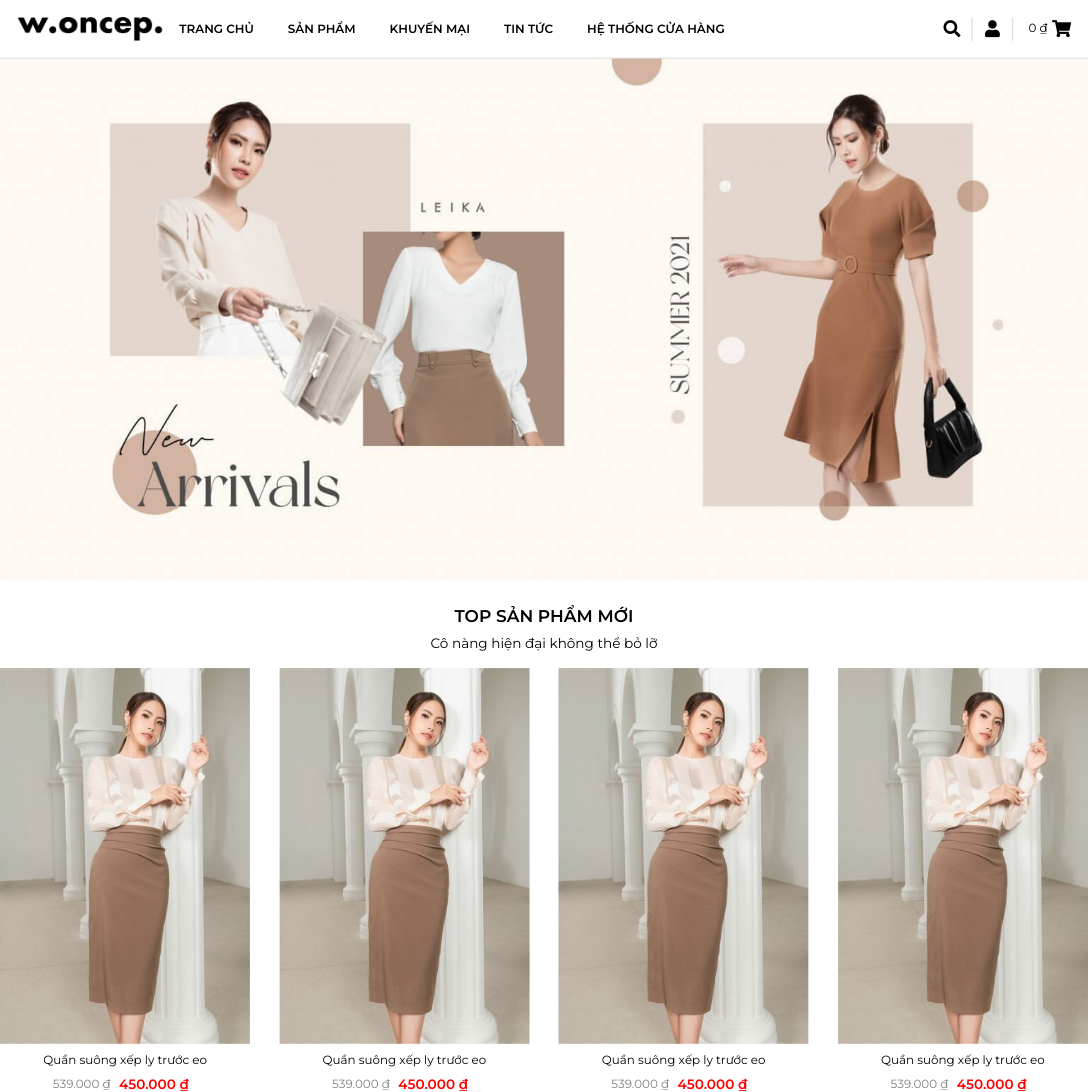
Repository: Nguyenductuan-dev/bt_j2team
Page: index.html
An editor plug-in stored every save of this project. The page is shown before and after the next save, followed by the edit.
The browser window is 1280 px wide. The pictures show the whole page, at 85% of full size.

Above is the page before, as saved 2021-12-12 02:21:02.

After the next save:
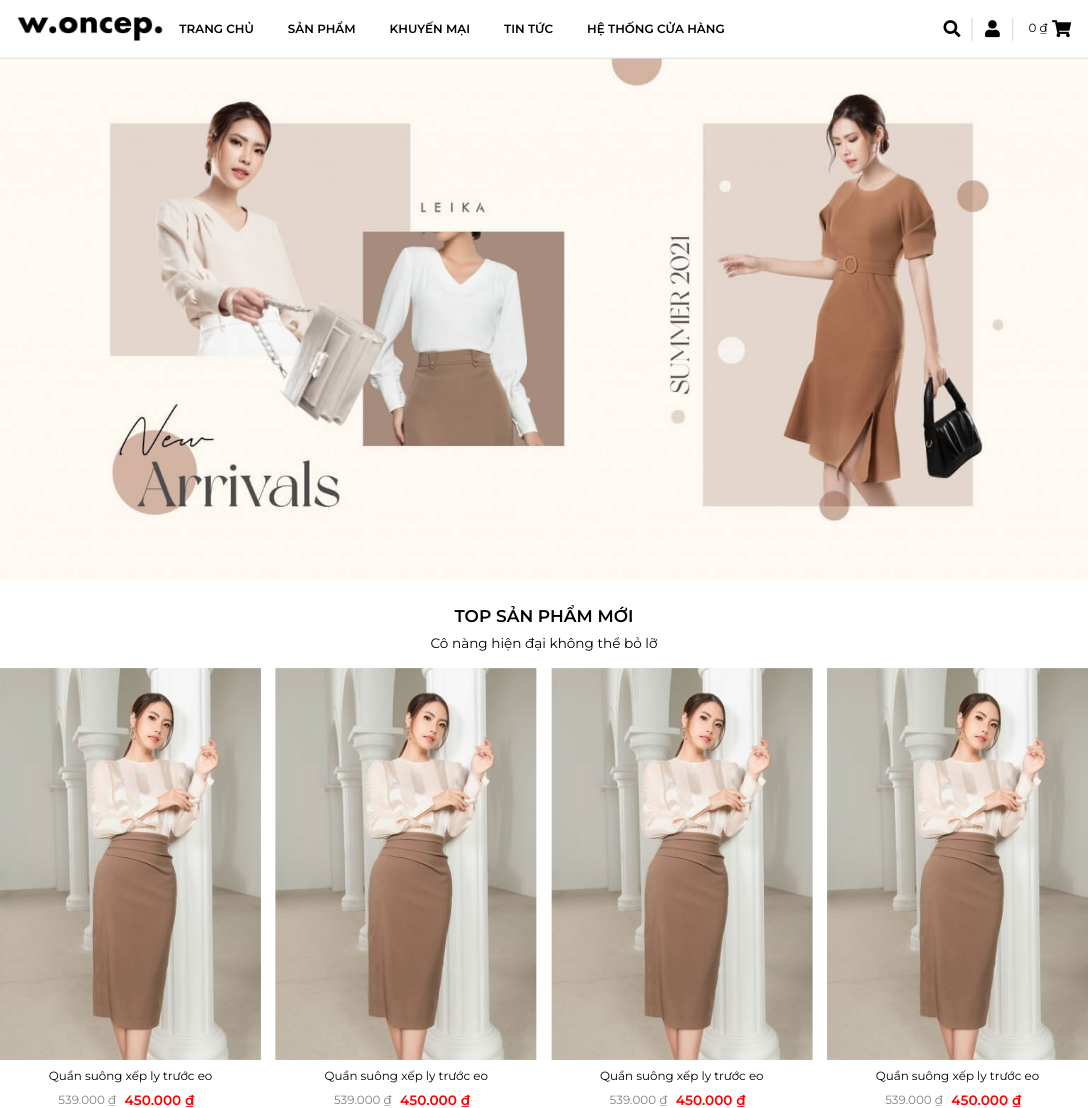
Saved 12 s later.
--- a/css/style.css
+++ b/css/style.css
@@ -110,7 +110,7 @@
     justify-content: space-between;
 }
 .home__product-item {
-    width: 23%;
+    width: 24%;
 }
 .home__product-item__img {
     width: 100%;
